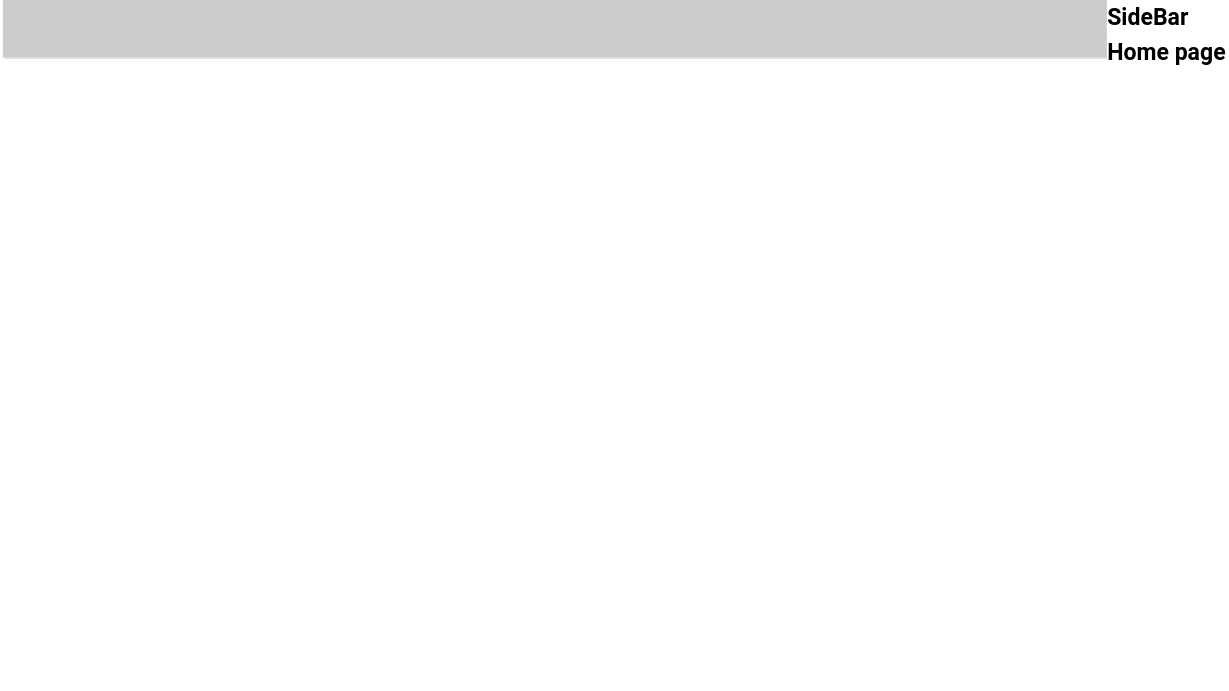
Repository: ynguyen1512/tiktok-ui
Page: /
An editor plug-in stored every save of this project. The page is shown before and after the next save, followed by the edit.
The browser window is 1280 px wide. The pictures show the whole page, at 96% of full size.
The project was rebuilt for these pictures with package versions that can differ from the ones it lists, and the page was loaded fresh each time. Also part of the build but not shown: src/pages/Following/index.js, src/pages/Profile/index.js, src/pages/Upload/index.js, src/pages/Search/index.js. Imported but missing from the stored project, and not drawn on this page: src/components/Layout/HeaderOnly.

Above is the page before, as saved 2023-07-29 10:50:13.

After the next save:
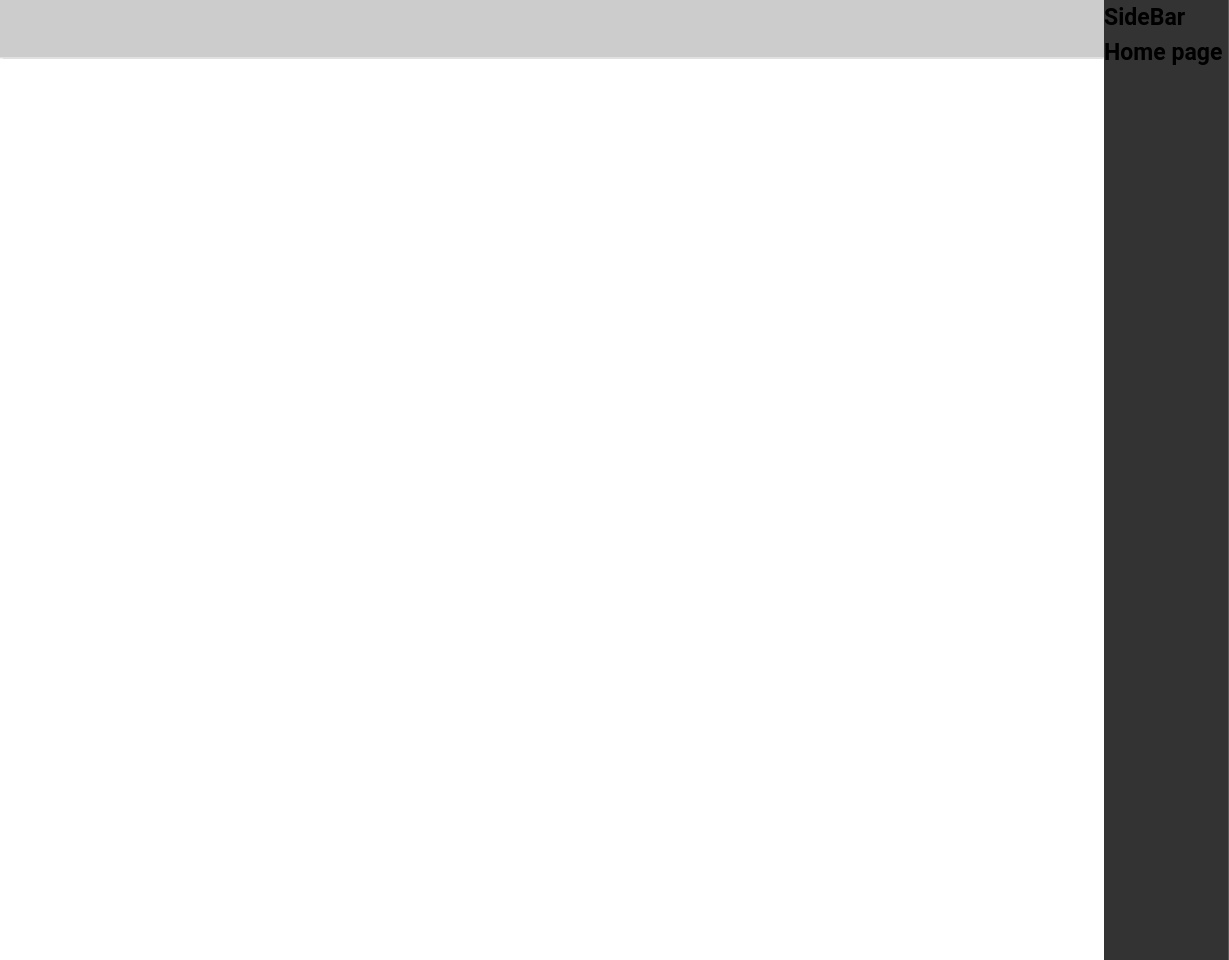
Saved 23 s later.
--- a/src/components/Layout/DefaultLayout/DefaultLayout.module.scss
+++ b/src/components/Layout/DefaultLayout/DefaultLayout.module.scss
@@ -2,3 +2,9 @@
     display: flex;
     justify-content: center;
 }
+
+.container {
+    width: 1150px;
+    min-height: 1000px;
+    background-color: #333;
+}
